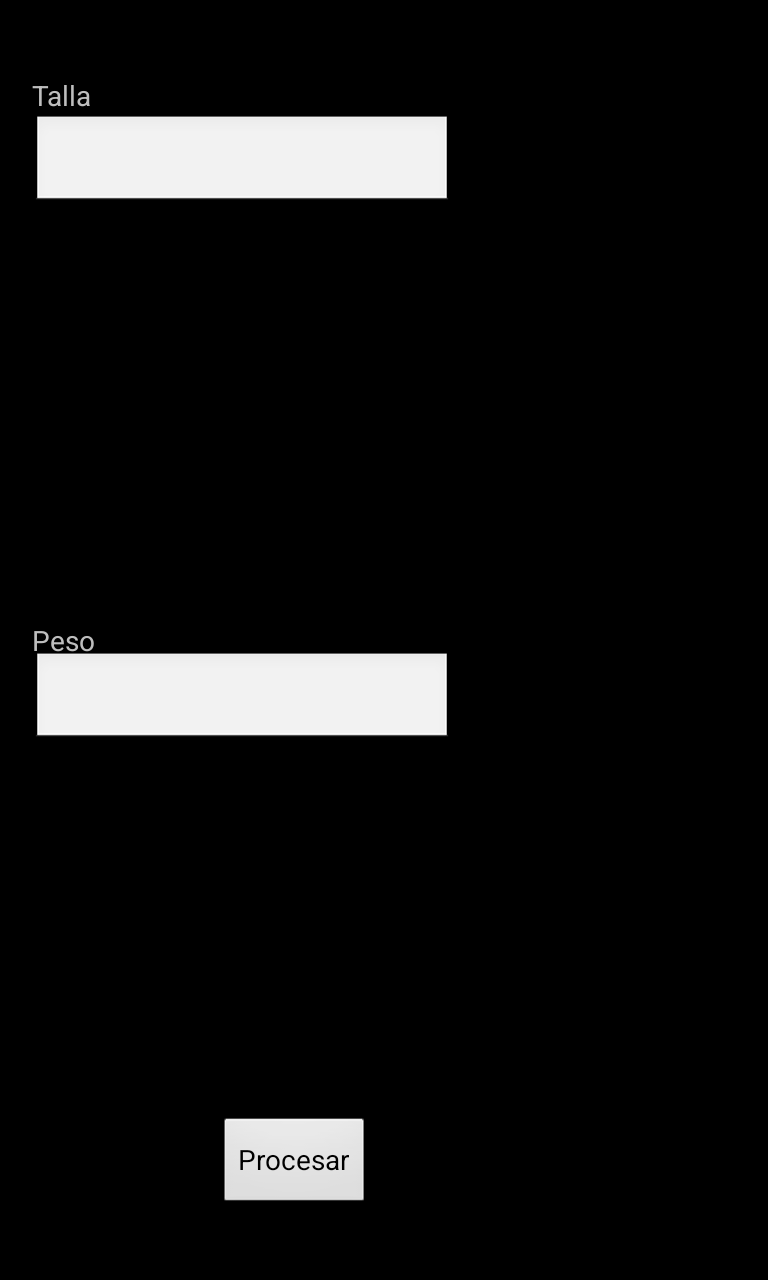
Repository: i1112928/semana02
Layout: semana02/res/layout/activity_pantalla2.xml
An editor plug-in stored every save of this project. The layout is shown before and after the next save, followed by the edit.
It is drawn on a 768 x 1280 px phone screen (xhdpi) without system bars, with theme android:Theme; the app's code is not run. Lists and similar views that code fills are empty.

Above is the layout before, as saved 2015-05-31 16:43:39.

### semana02/res/layout/activity_pantalla2.xml
<RelativeLayout xmlns:android="http://schemas.android.com/apk/res/android"
    xmlns:tools="http://schemas.android.com/tools"
    android:layout_width="match_parent"
    android:layout_height="match_parent"
    android:paddingBottom="@dimen/activity_vertical_margin"
    android:paddingLeft="@dimen/activity_horizontal_margin"
    android:paddingRight="@dimen/activity_horizontal_margin"
    android:paddingTop="@dimen/activity_vertical_margin"
    tools:context=".Pantalla2" >

    <LinearLayout
        android:id="@+id/linearLayout1"
        android:layout_width="wrap_content"
        android:layout_height="wrap_content"
        android:layout_centerVertical="true"
        android:layout_marginRight="76dp"
        android:orientation="vertical" >

        <TextView
            android:id="@+id/txtPeso"
            android:layout_width="wrap_content"
            android:layout_height="wrap_content"
            android:text="@string/etiqueta_peso" />

    </LinearLayout>

    <GridView
        android:id="@+id/gridView1"
        android:layout_width="match_parent"
        android:layout_height="wrap_content"
        android:layout_alignParentBottom="true"
        android:layout_toLeftOf="@+id/linearLayout1"
        android:numColumns="3" >
    </GridView>

    <TextView
        android:id="@+id/txtTalla"
        android:layout_width="wrap_content"
        android:layout_height="wrap_content"
        android:layout_alignLeft="@+id/linearLayout1"
        android:layout_alignParentTop="true"
        android:layout_marginTop="22dp"
        android:text="@string/etiqueta_talla" />

    <EditText
        android:id="@+id/inputTalla"
        android:layout_width="wrap_content"
        android:layout_height="wrap_content"
        android:layout_alignLeft="@+id/txtTalla"
        android:layout_below="@+id/txtTalla"
        android:ems="10" />

    <EditText
        android:id="@+id/inputPeso"
        android:layout_width="wrap_content"
        android:layout_height="wrap_content"
        android:layout_alignLeft="@+id/linearLayout1"
        android:layout_alignTop="@+id/linearLayout1"
        android:layout_marginTop="15dp"
        android:ems="10" />

    <Button
        android:id="@+id/btnProcesar"
        android:layout_width="wrap_content"
        android:layout_height="wrap_content"
        android:layout_alignParentBottom="true"
        android:layout_alignRight="@+id/inputPeso"
        android:layout_marginBottom="18dp"
        android:layout_marginRight="40dp"
        android:text="@string/boton_procesar" />

</RelativeLayout>

### semana02/res/values/strings.xml
<?xml version="1.0" encoding="utf-8"?>
<resources>

    <string name="app_name">semana02</string>
    <string name="action_settings">Settings</string>
    <string name="hello_world">Hello world!</string>
    <string name="menu2">Pantalla 2</string>
    <string name="title_activity_pantalla2">Pantalla02</string>
    <string name="title_activity_pantalla3">Pantalla03</string>
    <string name="title_activity_pantalla4">Pantalla04</string>
    <string name="title_activity_pantalla5">Pantalla05</string>


    <string name="etiqueta_talla">Talla</string>

    <string name="etiqueta_peso">Peso</string>

    <string name="boton_procesar">Procesar</string>



</resources>

Loaded but not shown: semana02/res/values/dimens.xml (common file)

After the next save:
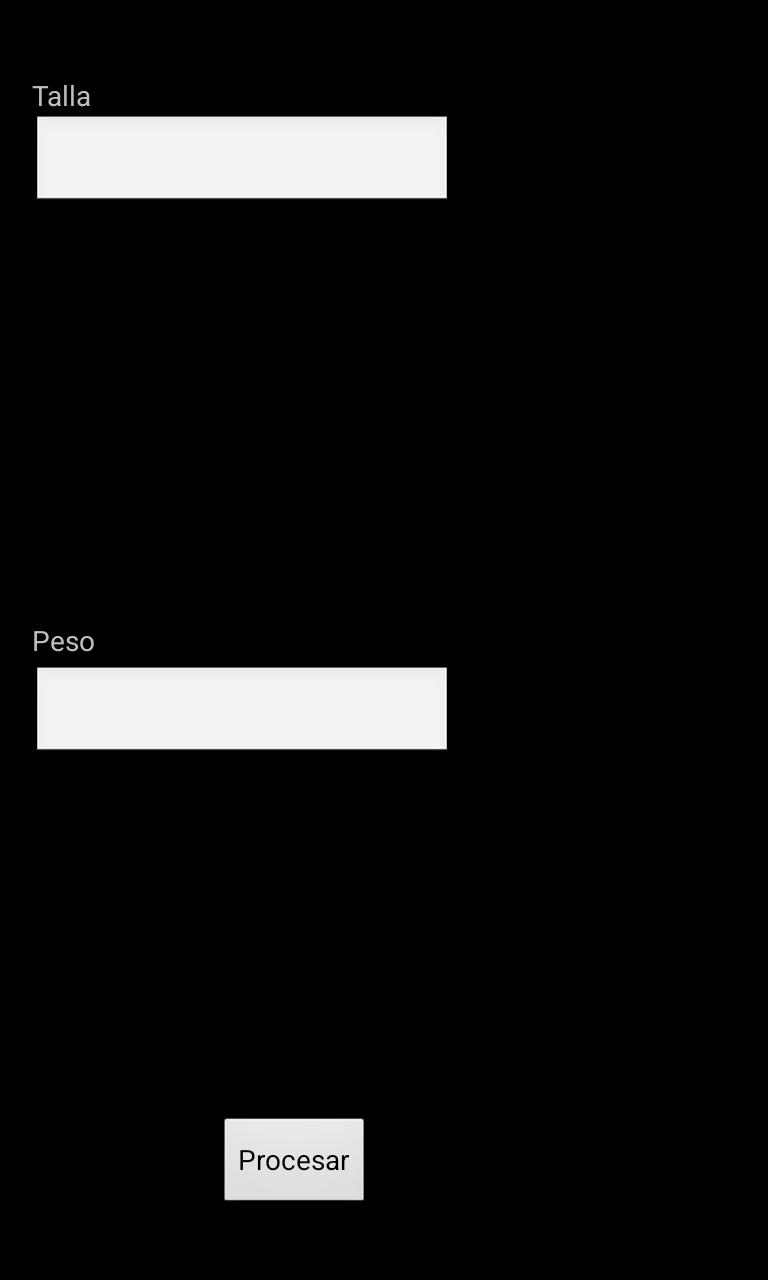
Saved 6 min 4 s later.
--- a/semana02/res/layout/activity_pantalla2.xml
+++ b/semana02/res/layout/activity_pantalla2.xml
@@ -24,15 +24,6 @@
 
     </LinearLayout>
 
-    <GridView
-        android:id="@+id/gridView1"
-        android:layout_width="match_parent"
-        android:layout_height="wrap_content"
-        android:layout_alignParentBottom="true"
-        android:layout_toLeftOf="@+id/linearLayout1"
-        android:numColumns="3" >
-    </GridView>
-
     <TextView
         android:id="@+id/txtTalla"
         android:layout_width="wrap_content"
@@ -56,7 +47,7 @@
         android:layout_height="wrap_content"
         android:layout_alignLeft="@+id/linearLayout1"
         android:layout_alignTop="@+id/linearLayout1"
-        android:layout_marginTop="15dp"
+        android:layout_marginTop="22dp"
         android:ems="10" />
 
     <Button
